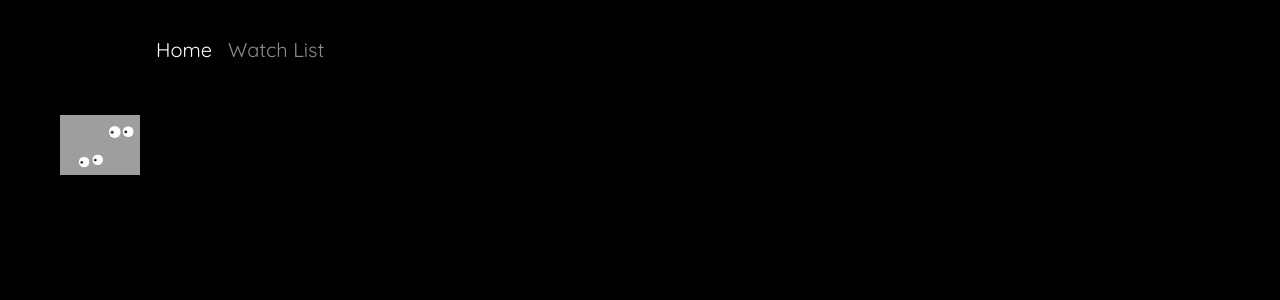
Repository: dangnguyenblackie/Movie-Review-Site
Page: / (app in movie-app/)
An editor plug-in stored every save of this project. The page is shown before and after the next save, followed by the edit.
The browser window is 1280 px wide. The pictures show the whole page.
Pictures or frames that could not be fetched are drawn as grey boxes. The page's requests for data from a server got no answer. The project was rebuilt for these pictures with package versions that can differ from the ones it lists, and the page was loaded fresh each time. No one was signed in, and anything a server would have sent is missing. Also part of the build but not shown: movie-app/vite.config.ts.

Above is the page before, as saved 2023-08-10 17:41:48.

### movie-app/index.html
<!doctype html>
<html lang="en">
  <head>
    <meta charset="UTF-8" />
    <link rel="icon" type="image/svg+xml" href="/vite.svg" />
    <meta name="viewport" content="width=device-width, initial-scale=1.0" />
    <title>Movie</title>
  </head>
  <body>
    <div id="root"></div>
    <script type="module" src="/src/main.tsx"></script>
  </body>
</html>

### movie-app/src/main.tsx
import React from 'react'
import ReactDOM from 'react-dom/client'
import App from './App.tsx'
import './index.css'
import 'bootstrap/dist/css/bootstrap.css'
import './App.css'
import { BrowserRouter, Route, Routes } from 'react-router-dom'

ReactDOM.createRoot(document.getElementById('root')!).render(
  <React.StrictMode>
    <BrowserRouter>
      <Routes>
        <Route path='/*' element={<App />} />
      </Routes>
    </BrowserRouter>
  </React.StrictMode>,
)

### movie-app/src/App.tsx
import { Route, Routes } from "react-router-dom";
import Layout from "./components/Layout";
import Home from "./components/home/Home.jsx";
import { useEffect, useState } from "react";
import api from "./api/axiosConfig";
import "./App.css"
import Header from "./components/header/Header.tsx";
const App = () => {

  const [movies, setMovies] = useState();
  const getMovies = async () => {
    try {
      const response = await api.get("/api/v1/movies");
      setMovies(response.data);
    } catch (error) {
      console.log(error);
    }
  };

  useEffect(() => {
    getMovies();
  }, []);

  return (
    <div className="App">
      <Header />
        <Routes>
          <Route path="/" element={<Layout />}>

            <Route path="/" element={<Home movies={movies}/>} />
          </Route>
        </Routes>
    </div>

  );
};

export default App;

### movie-app/src/index.css
/* :root {
  font-family: Inter, system-ui, Avenir, Helvetica, Arial, sans-serif;
  line-height: 1.5;
  font-weight: 400;

  color-scheme: light dark;
  color: rgba(255, 255, 255, 0.87);
  background-color: #242424;

  font-synthesis: none;
  text-rendering: optimizeLegibility;
  -webkit-font-smoothing: antialiased;
  -moz-osx-font-smoothing: grayscale;
  -webkit-text-size-adjust: 100%;
} */

a {
  font-weight: 500;
  color: #646cff;
  text-decoration: inherit;
}
a:hover {
  color: #535bf2;
}


h1 {
  font-size: 3.2em;
  line-height: 1.1;
}

button {
  border-radius: 8px;
  border: 1px solid transparent;
  padding: 0.6em 1.2em;
  font-size: 1em;
  font-weight: 500;
  font-family: inherit;
  background-color: #1a1a1a;
  cursor: pointer;
  transition: border-color 0.25s;
}
button:hover {
  border-color: #646cff;
}
button:focus,
button:focus-visible {
  outline: 4px auto -webkit-focus-ring-color;
}

@media (prefers-color-scheme: light) {
  :root {
    color: #213547;
    background-color: #ffffff;
  }
  a:hover {
    color: #747bff;
  }
  button {
    background-color: #f9f9f9;
  }
}

### movie-app/src/App.css
@import url('https://fonts.googleapis.com/css2?family=Quicksand&display=swap');

*{
  box-sizing: border-box;
  font-family: 'Quicksand', Arial, Helvetica, sans-serif;
}
body{
  padding:0;
  margin:0;
}
.App{
  display: flex;
  flex-direction: column;
  min-height: 100vh;
  background-color: black;
  color:white;
  /* margin-top:10px; */
}

### movie-app/src/components/Layout.tsx
import { Outlet } from "react-router-dom";

const Layout = () => {
  return (
    <main>
      <Outlet />
    </main>
  );
};

export default Layout;

### movie-app/src/components/home/Home.jsx
import Slide from '../slide/Slide'

const Home = ({ movies }) => {
  return (
    <Slide movies={movies} ></Slide>
  )
}

export default Home

### movie-app/src/api/axiosConfig.tsx
import axios from 'axios'

export default axios.create({
    baseURL: "http://localhost:12000/",
    timeout: 1000
})

### movie-app/src/components/header/Header.tsx
import { Container, Nav, Navbar } from "react-bootstrap";
import { NavLink } from "react-router-dom";
import Morty from "../morty/Morty";
import "./Header.css"

const Header = () => {
  return (
    <Navbar bg="black" variant="dark" expand="lg" style={{maxHeight:'100px'}}>
      <Container fluid>
        <Navbar.Brand href="/" style={{maxHeight:"120px", maxWidth:"120px"}}>
          <Morty/>
        </Navbar.Brand>
        <Navbar.Toggle aria-controls="navbarScroll"/>
        <Navbar.Collapse id="navbarScroll">
            <Nav className="me-auto my-2 my-lg-0" style={{maxHeight: '100px', "fontSize":"20px"}} navbarScroll>
              <NavLink className="nav-link" to="/">Home</NavLink>
              <NavLink className="nav-link" to="/watchlist">Watch List</NavLink>
            </Nav>
        </Navbar.Collapse>
      </Container>
    </Navbar>
  )
}

export default Header

### movie-app/src/components/slide/Slide.jsx
import "./Slide.css";
import Carousel from "react-material-ui-carousel";
import { Paper } from "@mui/material";

const Slide = ({ movies }) => {
  return (
    <div className="movie-carousel-container">
      <Carousel>
        {
          movies?.map((movie) => {
            return (
              <Paper>
                <div className="movie-card-container">
                  <div className="movie-card" style={{"--img": `url(${movie.backdrops[0]})`}}>
                    <div className="movie-detail">
                      <div className="movie-poster">
                        <img src={movie.poster} />
                      </div>
                      <div className="movie-title">
                        <h4>{movie.title}</h4>
                      </div>
                    </div>
                  </div>
                </div>
              </Paper>
            );
          })
        }
      </Carousel>
    </div>
  );
};

export default Slide;

### movie-app/src/components/morty/Morty.tsx
import morty from "../../assets/morty.png";
import eye from "../../assets/eye.png";
import { useEffect, useRef, useState } from "react";
import "./Morty.css";
import angle from "./Utils";

const Morty = () => {
  const [coords, setCoords] = useState({ x: 0, y: 0, deg: 0 });
  const anchorRef = useRef<HTMLImageElement>(null);

  var rekt;
  var anchorX: number;
  var anchorY: number;

  useEffect(() => {
    if (anchorRef.current) {
      rekt = anchorRef.current.getBoundingClientRect();
      anchorX = rekt.left + rekt.width / 2;
      anchorY = rekt.top + rekt.height / 2;
    }

    const handleWindowMouseMove = (event: MouseEvent) => {
      setCoords({
        x: event.clientX,
        y: event.clientY,
        deg: 0 + angle(event.clientX, event.clientY, anchorX, anchorY),
      });
    };

    window.addEventListener("mousemove", handleWindowMouseMove);

    return () => {
      window.removeEventListener("mousemove", handleWindowMouseMove);
    };
  }, []);

  return (
    <>
      <div id="rick-and-morty-container">
        <img ref={anchorRef} id="rick-and-morty-anchor" src={morty} />
        <div id="rick-and-morty-eyes">
          <img
            className="rick-and-morty-eye"
            src={eye}
            style={{
              top: "58px",
              right: "-142px",
              transform: `rotate(${coords.deg}deg)`,
            }}
          />
          <img
            className="rick-and-morty-eye"
            src={eye}
            style={{
              top: "47px",
              right: "-208px",
              transform: `rotate(${coords.deg}deg)`,
            }}
          />
          <img
            className="rick-and-morty-eye"
            src={eye}
            style={{
              top: "-88px",
              right: "-291px",
              scale: "115%",
              transform: `rotate(${coords.deg}deg)`,
            }}
          />
          <img
            className="rick-and-morty-eye"
            src={eye}
            style={{
              top: "-90px",
              right: "-356px",
              scale: "106%",
              transform: `rotate(${coords.deg}deg)`,
            }}
          />
        </div>
      </div>
    </>
  );
};

export default Morty;

### movie-app/src/components/header/Header.css
#navbarScroll{
    display: flex;
    justify-content: space-evenly;
}

### movie-app/src/components/slide/Slide.css
.movie-carousel-container{
    width: 100vw;
    background-color: #000;
}

.movie-poster{
    height: 300px;
    border: 0.5px solid rgba(255,255,255,0.5);
    border-radius: 5%;
    overflow: hidden;
}

.movie-poster > img{
    height: 100%;
    width: 100%;

}

.movie-card-container{
    height: 550px;
    background-color: #000;
}

.movie-card{
    background-repeat: no-repeat;
    width: 100%;
    height: 100%;
    background-size: cover;
    background-image: linear-gradient(to bottom, rgba(0,0,0,0), rgba(0,0,0,1)), var(--img
);
}

.movie-detail{
    position: absolute;
    top: 200px;
    display: flex;
    justify-content: space-evenly;
    width: 100%;

}

.movie-title{
    color: #fff;
    display: flex;
    align-items: center;
}

### movie-app/src/components/morty/Morty.css

#rick-and-morty-container{
    display: flex;
    place-items: center;
    position: relative;
    scale: 20%;
}


#rick-and-morty-eyes, #rick-and-morty-eyes img{
    position: absolute;
    border:1px rgba(255, 255, 255, 0);
    border-radius: 50%;
    scale: 103%;
}

#rick-and-morty-container{
    scale: 20%;
    min-height: 100px;
    min-width: 100px;
}

### movie-app/src/components/morty/Utils.ts
export default function angle(
  cx: number,
  cy: number,
  ex: number,
  ey: number
): number {
  const ax = ex - cx;
  const ay = ey - cy;

  const rad = Math.atan2(ay, ax);
  const degree = (rad * 180) / Math.PI;

  return degree;
}

After the next save:
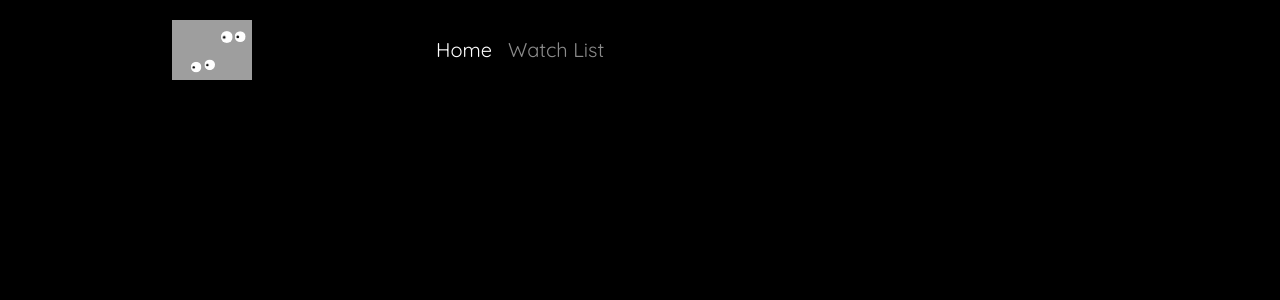
Saved 12 s later.
--- a/movie-app/src/components/header/Header.tsx
+++ b/movie-app/src/components/header/Header.tsx
@@ -7,7 +7,7 @@
   return (
     <Navbar bg="black" variant="dark" expand="lg" style={{maxHeight:'100px'}}>
       <Container fluid>
-        <Navbar.Brand href="/" style={{maxHeight:"120px", maxWidth:"120px"}}>
+        <Navbar.Brand href="/" style={{minHeight:"120px", minHeight:"120px"}}>
           <Morty/>
         </Navbar.Brand>
         <Navbar.Toggle aria-controls="navbarScroll"/>
